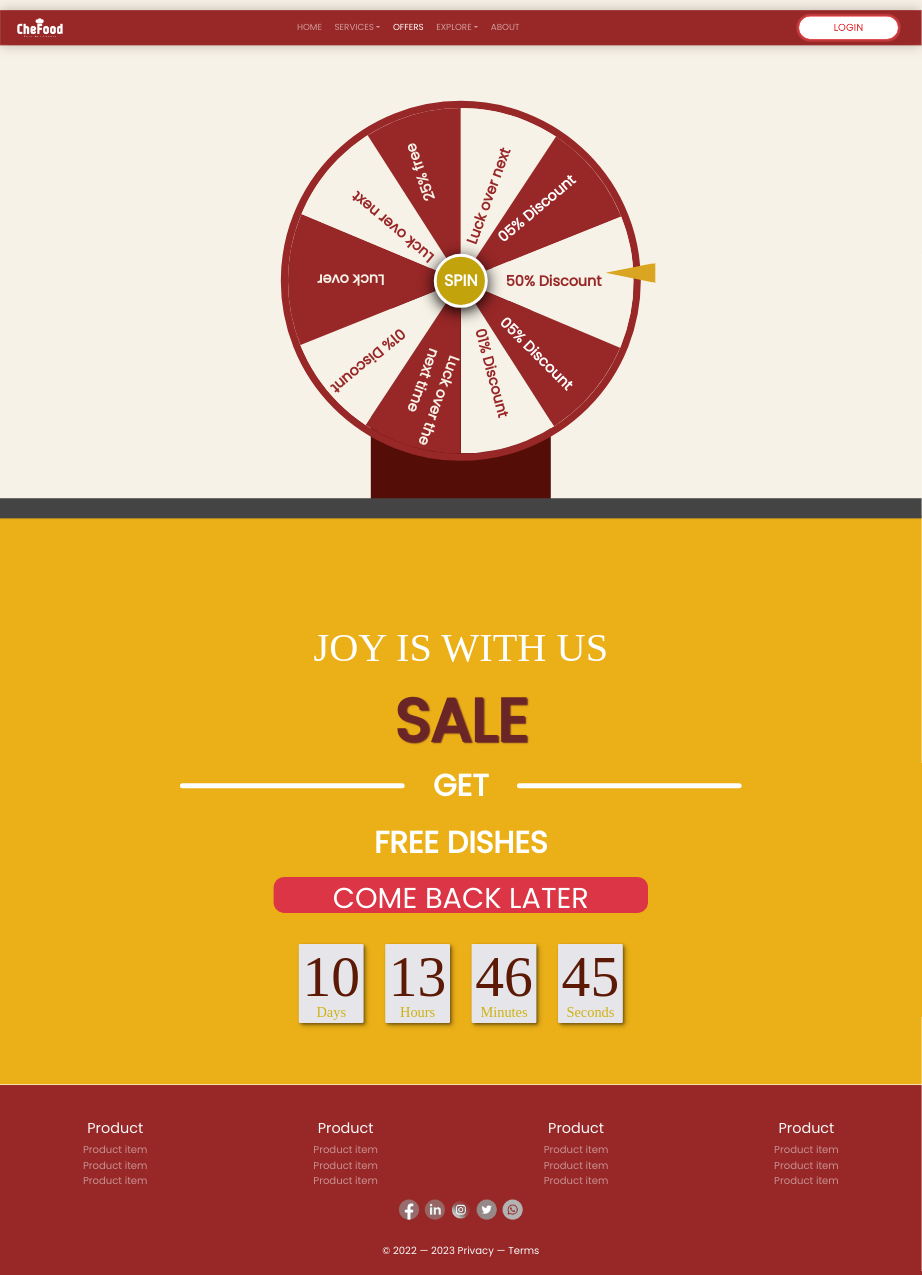
Repository: qamchamine/chefood
Page: /offers (app in front-end/)
These files come from the project's save history. The page is drawn as it stood at one moment and after the next save; the edit follows.
The browser window is 1280 px wide. The pictures show the whole page, at 72% of full size.
The project was rebuilt for these pictures with package versions that can differ from the ones it lists, and the page was loaded fresh each time. Some packages were replaced by stand-ins written for this rebuild. Also part of the build but not shown: front-end/src/components/small_components/ButtonMain.jsx, front-end/src/components/small_components/HomeCard.jsx, front-end/src/components/small_components/HomeCardFullSection.jsx, front-end/src/components/pages/Home.jsx, front-end/src/css/explore.css, front-end/src/components/pages/sub-pages/Gallery.jsx, front-end/src/components/pages/sub-pages/Delivery.jsx, front-end/src/components/small_components/ComponentToPrint.jsx and 28 more. Imported but missing from the stored project, and not drawn on this page: front-end/src/sounds/applause.mp3, front-end/src/sounds/wheel.mp3.

Above is the page before, as saved 2023-06-18 19:58:10.

### front-end/public/index.html
<!DOCTYPE html>
<html lang="en">
  <head>
    <meta charset="utf-8" />
    <link rel="icon" href="%PUBLIC_URL%/favicon.ico" />
    <meta name="viewport" content="width=device-width, initial-scale=1" />
    <meta name="theme-color" content="#000000" />
    <meta
      name="description"
      content="Web site created using create-react-app"
    />
    <link
    rel="stylesheet"
    href="https://fonts.googleapis.com/css?family=Roboto:400,700"
  />
    <link rel="apple-touch-icon" href="%PUBLIC_URL%/logo192.png" />
    <link rel="manifest" href="%PUBLIC_URL%/manifest.json" />

    <link rel="stylesheet" href="https://fonts.googleapis.com/icon?family=Material+Icons">

    <link rel="stylesheet" href="https://maxcdn.bootstrapcdn.com/font-awesome/4.7.0/css/font-awesome.min.css">
    <script src="https://code.jquery.com/jquery-3.5.1.min.js"></script>
    <script src="https://cdn.jsdelivr.net/npm/popper.js@1.16.0/dist/umd/popper.min.js"></script>




    <title>React App</title>
  </head>
  <body>

    <div id="root"></div>
<!--     <script src="jquery/jquery-3.6.0.js"></script>  -->
    <script src="https://unpkg.com/sweetalert/dist/sweetalert.min.js"></script>

  </body>
</html>

### front-end/src/components/pages/Offers.jsx
import React from 'react'
import WheelSpin from '../small_components/WheelSpin'
import OffersButtom from '../small_components/OffersButtom'
export default function Offers() {
  return (
    <div>


      <WheelSpin/>
      <OffersButtom/>
    </div>
  )
}

### front-end/src/css/home.css
.homeBG {
    height: fit-content;
    position: relative;
    right: -10%;
    top: 34%;
    z-index: -1;
    width: 100em !important;


}
@font-face {
    font-family: 'poppin';
    src: url('../fonts/Poppins/Poppins-Regular.ttf') ;
    font-weight: normal;
    font-style: normal;
  }
body {
    font-family:'poppin', sans-serif !important;
    background-color: #F7F2E7 !important;
    max-width: 100vw;
    font-weight: normal !important;
    overflow-x: hidden;
    font-size: 14px !important;
}

body::-webkit-scrollbar {
    width: 0;
}

.nb {
/*     position: fixed; */
/*     top: 1em; */
    background-color: #982727 !important;
    box-shadow: 0 0px 20px #1f020241;
    border: 1px solid #ffffff22;
}

.navbar {
    background-color: #982727 !important;
}

.changeColor {
    background-color: blue !important;
}

.signUP {
    background: white !important;
    color: #982727 !important;
    font-weight: bold !important;
    outline: 5px solid #982727ab;
    outline-offset: -2px;
    transition: 500ms ease;


}

.homeContent {
    height: 90vh;
    z-index: 0;
    margin-top: -1.5em !important;
}

.homeContent h1 {
    color: #F7F2E7;
    text-align: start;
width: 40vw !important;
}

.homeContent h1 span {
    position: relative;
    display: inline-block;
    margin-bottom: 10px;
    padding: 4px 20px 8px;
    transition: 1s ease;
}

.homeContent h1 span::before {
    content: '';
    position: absolute;
    background: #982727;
    left: 0;
    top: 0;
    z-index: -1;
    width: 100%;
    height: 100%;
    transform: skew(-10deg);
}

.homeContent h1 span:last-child::before {
    transform: skew(10deg);
}

.homeContent p {
    width: 72%;
    color: #982727;
    text-align: left;
}

.homeContent .homeMainButtons {
    width: 72%;
}

.cardBtn {
    transition: 1s ease;
}

.cardBtn:hover {
    filter: brightness(130%);

}

.cardBtn i {
    left: 63%;
    transition: 300ms ease;
}

.cardBtn:hover i {
    left: 75%;
}

.btnMain:hover {
    filter: brightness(130%);
}

.card-img-top {
    object-fit: cover;
}

.signUP:hover {

    background: #982727 !important;
    color: white !important;
    font-weight: bold !important;
    outline: 5px solid #ffffff55;
    outline-offset: -4px;
}

.cardsGroup:not(:first-child) {
    translate: 50% 0;
}

.arrow-1-1 {
    position: absolute;
    top: 50%;
    left: 0;
}

.home .carousel-control-prev-icon,
.home .carousel-control-next-icon {

    width: 1.3em;
    height: 1.3em;
    color:black !important;

    outline: 12px solid #982929;
    outline-offset: -1px;
    background-color: #982929;
    background-size: 100%, 100%;
    border-radius: 50%;
    box-shadow: 0 0 10px black;
}

.home .carousel-control-prev,
.home .carousel-control-next {
    z-index: 10;
    width: 4em !important;
/*     background: red; */

}

/* .py-4 {
    padding-top: 0rem !important;
    padding-bottom: 0rem !important;
} */

.nb{
    zoom:87%;
}

### front-end/src/css/delivery.css
.price {
    background: #982727;
    color: white;
    text-align: center;
    padding-block: 1em;
    border-radius: .5em;
}

.delivery-page .card {
    transition: 300ms ease;
    user-select: none;
}

.delivery-page .card ul {
    list-style-type: none;
}

.delivery-page .card:hover {
    filter: contrast(120%);
    cursor: pointer;
    outline: .3em solid #982727;
    box-shadow: 0 .4em 0px .3em #982727 !important;
}

.delivery-page {
    height: fit-content;
    display: flex;
    align-items: center;
    margin-top: 8em !important;
}
.scroll-bar-activated::-webkit-scrollbar {
    display: block !important;
    background: rgba(255, 0, 0, 0) !important;
    width: 1em !important;
}
.scroll-bar-activated{
    overflow: overlay !important;

}
.scroll-bar-activated::-webkit-scrollbar-thumb {
    display: block !important;
    background: linear-gradient(to bottom,transparent 0% 23%,#982727 20% 70%,transparent 50% 100%) !important;
    z-index: 10000000 !important;
    width: 10px !important;
}

.delivery-page>div {
    height: fit-content;
    position: relative;

}

.delivery-page>div:last-child h5 img {
    height: 11em;
}

h1.section-2{
    margin-top: 4em ;
}
.cards2{
    margin-bottom: 5em ;
}
h1{
    text-transform: uppercase;
    color: #6a2626;;
}

### front-end/src/components/small_components/WheelSpin.jsx
import React, { useEffect,useContext } from 'react'
import '../../css/spinWheel.css'
import applause from '../../sounds/applause.mp3'
import wheel from '../../sounds/wheel.mp3'
import {Link} from 'react-router-dom'
import swal from 'sweetalert2'
import { LoginContext } from '../../config/LoginContext'
export default function WheelSpin() {
  const { isLoggedIn } = useContext(LoginContext);

useEffect(() => {


    function shuffle(array) {
        var currentIndex = array.length,
          randomIndex;

        // While there remain elements to shuffle...
        while (0 !== currentIndex) {
          // Pick a remaining element...
          randomIndex = Math.floor(Math.random() * currentIndex);
          currentIndex--;

          // And swap it with the current element.
          [array[currentIndex], array[randomIndex]] = [
            array[randomIndex],
            array[currentIndex],
          ];
        }

        return array;
      }

      document.querySelector('.spin').addEventListener('click',spin)
      function spin() {
        // Play the sound
        document.querySelector('#wheel').play();
        // Inisialisasi variabel
        const box = document.getElementById("box");
        const element = document.getElementById("mainbox");
        let SelectedItem = "";

        let MagicRoaster = shuffle([1890, 2250, 2610]);
        let Sepeda = shuffle([1850, 2210, 2570]); //Kemungkinan : 100%
        let RiceCooker = shuffle([1810, 2170, 2530]);
        let LunchBox = shuffle([1770, 2130, 2490]);
        let Sanken = shuffle([1750, 2110, 2470]);
        let Electrolux = shuffle([1630, 1990, 2350]);
        let JblSpeaker = shuffle([1570, 1930, 2290]);

        // Bentuk acak
        let Hasil = shuffle([
          MagicRoaster[0],
          Sepeda[0],
          RiceCooker[0],
          LunchBox[0],
          Sanken[0],
          Electrolux[0],
          JblSpeaker[0],
        ]);
        // console.log(Hasil[0]);

        // Ambil value item yang terpilih
        if (MagicRoaster.includes(Hasil[0])) SelectedItem = "50% Discount";
        if (Sepeda.includes(Hasil[0])) SelectedItem = " 05% Discount";
        if (RiceCooker.includes(Hasil[0])) SelectedItem = "01% Discount";
        if (LunchBox.includes(Hasil[0])) SelectedItem = "Luck over the next time";
        if (Sanken.includes(Hasil[0])) SelectedItem = "01% Discount";
        if (Electrolux.includes(Hasil[0])) SelectedItem = "25% Discount";
        if (JblSpeaker.includes(Hasil[0])) SelectedItem = "05% Discount";

        // Proses
        box.style.setProperty("transition", "all ease 5s");
        box.style.transform = "rotate(" + Hasil[0] + "deg)";
        element.classList.remove("animate");
        setTimeout(function () {
          element.classList.add("animate");
        }, 5000);

        // Munculkan Alert
        setTimeout(function () {
            document.querySelector('#applause').play();
/*           swal(
            "Congratulations",
            "You Won The " + SelectedItem + ".",
            "success"
          ); */


         new swal({
            title: "Congratulations",
            text: "You Won The " + SelectedItem + ".",
            icon: "success",
            buttons: {
              confirm: {
                text: "CLAIM REWARD",
                value: true,
                className: "claim-btn"
              },
            },
          })
          .then((value) => {
            // The user clicked the "OK" button
/*             console.log("User clicked OK");
 */          });


        }, 6000);

        // Delay and set to normal state
        setTimeout(function () {
          box.style.setProperty("transition", "initial");
          box.style.transform = "rotate(90deg)";
        }, 9000);
      }


}, []);




  return (
    <div className="spinner-wheel ">
    <div className="mainbox" id="mainbox">
      <div className="box" id="box">
        <div className="box1">
          <span className="font span1"><b >  Luck over next </b></span>
          <span className="font span2"><b>05% Discount</b></span>
          <span className="font span3"><b>50% Discount</b></span>
          <span className="font span4"><b> 05%  Discount</b></span>
          <span className="font span5"><b> 01% Discount <br />
              </b></span>
        </div>
        <div className="box2">
          <span className="font span1"><b>Luck over the next time</b></span>
          <span className="font span2"><b>01% Discount </b></span>
          <span className="font span3"><b>Luck over </b></span>
          <span className="font span4"><b>Luck over next</b></span>
          <span className="font span5"><b>25% free</b></span>
        </div>
      </div>

      <div className="text-center">

	<button  className={`spin ${isLoggedIn?'':'d-none'} ` } >SPIN</button>
  {isLoggedIn?'':<button  className="trigger-btn spin" data-bs-toggle="modal" data-bs-target="#myModal">SPIN</button>}

</div>

<div id="myModal" className="modal ">
	<div className="modal-dialog position-relative modal-confirm">
		<div className="modal-content ">
			<div className="modal-header flex-column">
                <button type="button" className="btn-close " style={{translate:'80% -80%'}} data-bs-dismiss="modal" ></button>
				<div className="icon-box">
					<i className="material-icons">warning</i>
				</div>
				<h4 className="modal-title w-100 ">You need to login first !</h4>
			</div>
			<div className="modal-body">
				<p>Do you really want to delete these records? This process cannot be undone.</p>
			</div>
			<div className="modal-footer justify-content-center gap-4">

        <Link to='/register' className="btn w-25 btn-secondary"
        >Register</Link>

        <Link to='/login' className="btn w-25 px-4 ">Login</Link>
			</div>
		</div>
	</div>
</div>













    </div>
    <audio controls="controls" id="applause" src={applause} type="audio/mp3"></audio>
    <audio controls="controls" id="wheel" src={wheel} type="audio/mp3"></audio>
    <div className='spinBase'></div>
<div className=' w-100 position-absolute top-100' style={{height:'2em',background:'#444',translate:'0 -100%'}}>

</div>

  </div>
  )
}

### front-end/src/components/small_components/OffersButtom.jsx
import React from 'react'
import '../pages/style/offoreB.css'
// import  CountDown  from './CountDown'
import Timer from './Timer'


export default function OffersButtom() {
  return (
    <div className='parent-element bgBorder'>
      <div className='borderTB'></div>
        <div className=' contM '>
            <h1 className='title'>Joy is with us</h1>
                <h1 className='titleblack color-dark'>SALE</h1>
                  <p className='getparagraph'>GET</p>
                  <p>FREE DISHES</p>

                  <span className='bg-danger h1 Vbotton  '>COME BACK LATER</span>
                  {/* <CountDown duration={2 * 24 * 60 * 60 * 1000}/> */}
                  <Timer/>


        </div>
      <div className='borderTB'></div>
    </div>
  )
}

### front-end/src/components/small_components/Timer.jsx
import React, { useEffect, useState } from 'react';
import '../../css/Timer.css'

function Timer() {
  const [days, setDays] = useState('00');
  const [hours, setHours] = useState('00');
  const [minutes, setMinutes] = useState('00');
  const [seconds, setSeconds] = useState('00');

  useEffect(() => {
    function makeTimer() {
      const endTime = new Date("29 jun 2023 9:56:00 GMT+01:00");
      const endTimeInSeconds = Date.parse(endTime) / 1000;

      const now = new Date();
      const nowInSeconds = Date.parse(now) / 1000;

      const timeLeft = endTimeInSeconds - nowInSeconds;

      const calculatedDays = Math.floor(timeLeft / 86400);
      const calculatedHours = Math.floor((timeLeft - calculatedDays * 86400) / 3600);
      const calculatedMinutes = Math.floor((timeLeft - calculatedDays * 86400 - calculatedHours * 3600) / 60);
      const calculatedSeconds = Math.floor(timeLeft - calculatedDays * 86400 - calculatedHours * 3600 - calculatedMinutes * 60);

      const formattedHours = calculatedHours < 10 ? `0${calculatedHours}` : calculatedHours.toString();
      const formattedMinutes = calculatedMinutes < 10 ? `0${calculatedMinutes}` : calculatedMinutes.toString();
      const formattedSeconds = calculatedSeconds < 10 ? `0${calculatedSeconds}` : calculatedSeconds.toString();

      setDays(calculatedDays.toString());
      setHours(formattedHours);
      setMinutes(formattedMinutes);
      setSeconds(formattedSeconds);
    }

    const timerInterval = setInterval(makeTimer, 100);

    return () => {
      clearInterval(timerInterval);
    };
  }, []);

  return (
    <div className='timer'>
      <div id="days" className='timerD' >{days}<span className='Stime'>Days</span></div>
      <div id="hours"  className='timerD'>{hours}<span className='Stime'>Hours</span></div>
      <div id="minutes" className='timerD' >{minutes}<span className='Stime'>Minutes</span></div>
      <div id="seconds" className='timerD' >{seconds}<span className='Stime'>Seconds</span></div>
    </div>
  );
}

export default Timer;

### front-end/src/css/location.css
@import url('https://fonts.googleapis.com/css2?family=Roboto:wght@100&display=swap');

.location-color
{
  color : #982727;
  text-transform: uppercase;
  letter-spacing: 0.3em;
}
.where-restorant
{
    width: 459px;
    margin:auto;
}
.restorant-location-title{
    font-family: 'Century Gothic';
    font-size:32px;
    font-weight:400;
}
.restorant-location-line{
    background:#B12222;
    height: 3px;
    width: 450px;
    display: inline-block;
    margin: 15px auto;
}
.restorant-location-p
{
    color:#000000 75%;
    font-size: 15px;
    font-weight: 400;
    font-family: 'Roboto', sans-serif;
}
.main-location{
    display: grid !important;
    grid-template-columns: repeat(2, 1fr);
    flex-direction: column;
    justify-content: center;
    align-items: center;
    text-align:center;
}
.restorant-location-btn{
    background-color: #B12222;
    border: none;
    width: 300px;
    height: 40px;
    border-radius: 15px;
    color: #fff;
}
.restorant-location-btn:hover{
    background-color: #fff;
    border: 2px solid #B12222;
    border-radius: 15px;
    color: #B12222;
}
.location-icon{
    margin-right: 15px;
}


  @media (max-width: 1123px) { /* Extra large devices (large desktops, 1200px and up) */
    .earth-image img{
        width: 450px;
    }
  }
  @media (max-width: 992px) { /* Medium devices (tablets, 768px and up) */
    .earth-image img{
        width: 400px;
    }
    .where-restorant {
        width: 400px;
        margin: auto;
    }
    .restorant-location-line{
        width: 350px;
        display: inline-block;
    }
  }
  @media (max-width: 868px) { /* Medium devices (tablets, 768px and up) */

    .earth-image img{
        width: 380px;
    }
    .where-restorant {
        width: 380px;
        margin: auto;
    }
    .restorant-location-line{
        width: 320px;
        display: inline-block;
    }
    .restorant-location-p{
        font-size: 13px;
    }
    .restorant-location-title{
        font-size:28px;
    }

  }
  @media (max-width: 783px) { /* Small devices (landscape phones, 576px and up) */
    .earth-image img{
        margin-top: 30px;
        width: 380px;
    }
    .where-restorant {
        width: 380px;
        margin: auto;
    }
    .restorant-location-line{
        width: 320px;
        display: inline-block;
    }
    .restorant-location-p{
        font-size: 15px;
    }
    .restorant-location-title{
        font-size:32px;
    }
    .main-location{
        display: grid !important;
        grid-template-columns: repeat(1, 1fr);
        justify-items: center;
        text-align:center;
    }
  }
  @media(max-width: 401px){ /* Small devices (landscape phones, 576px and up) */
    .earth-image img{
        width: 330px;
        margin-top: 30px;
    }
    .where-restorant {
        width: 330px;
        margin: auto;
    }
    .restorant-location-line{
        width: 320px;
        display: inline-block;
    }
    .restorant-location-p{
        font-size: 13px;
    }
    .restorant-location-title{
        font-size:28px;
    }
    .main-location{
        display: grid !important;
        grid-template-columns: repeat(1, 1fr);
        justify-items: center;
        text-align:center;
    }
  }

### front-end/src/css/Timer.css

@import url(https://fonts.googleapis.com/css?family=Titillium+Web:400,200,200italic,300,300italic,900,700italic,700,600italic,600,400italic);

/* .timer {
  font-family: 'Titillium Web', cursive;
  width: 800px;
  margin: 0 auto;
  text-align: center;
  color: white;
  background: #222;
  font-weight: 100;
} */

.timer {
  display: inline-flex;
  line-height: 1;
  padding: 20px;
  font-size: 40px;
  font-family: 'Times New Roman', cursive;


}
.timerD{
    border-radius: 2px;
    padding: 5px;
    font-size: 10px;
    border: 70px rgb(131, 55, 55);
    box-shadow:2px 2px 4px rgba(0, 0, 0, 0.4), 4px 4px 8px rgba(0, 0, 0, 0.2);
}

.Stime {
  display: block;
  font-size: 20px;
  color: rgb(206, 178, 19);

}

#days {
  font-size: 80px;
  color: rgb(92, 25, 5);
  background-color:rgb(230, 230, 234);

  margin: 15px;
}
#hours {
  font-size: 80px;
  color: rgb(92, 25, 5);
  background-color:rgb(230, 230, 234);
  margin: 15px;
}
#minutes {
  font-size: 80px;

  color: rgb(92, 25, 5);
  background-color:rgb(230, 230, 234);
  margin: 15px;
}
#seconds {
  font-size: 80px;
  color: rgb(92, 25, 5);
  background-color:rgb(230, 230, 234);
  margin: 15px;
}

Loaded but not shown: front-end/src/index.css (common file); front-end/src/App.js (39 lines, source omitted); front-end/src/config/LoginContext.js (68 lines, source omitted); front-end/src/index.js (20 lines, source omitted); front-end/src/css/reservation.css (400 lines, source omitted); front-end/src/css/spinWheel.css (284 lines, source omitted); front-end/src/components/Navbar.jsx (162 lines, source omitted); front-end/src/css/nav-footer.css (260 lines, source omitted); front-end/src/css/contactus.css (178 lines, source omitted); front-end/src/components/pages/style/offoreB.css (191 lines, source omitted); front-end/src/components/Footer.jsx (57 lines, source omitted)

After the next save:
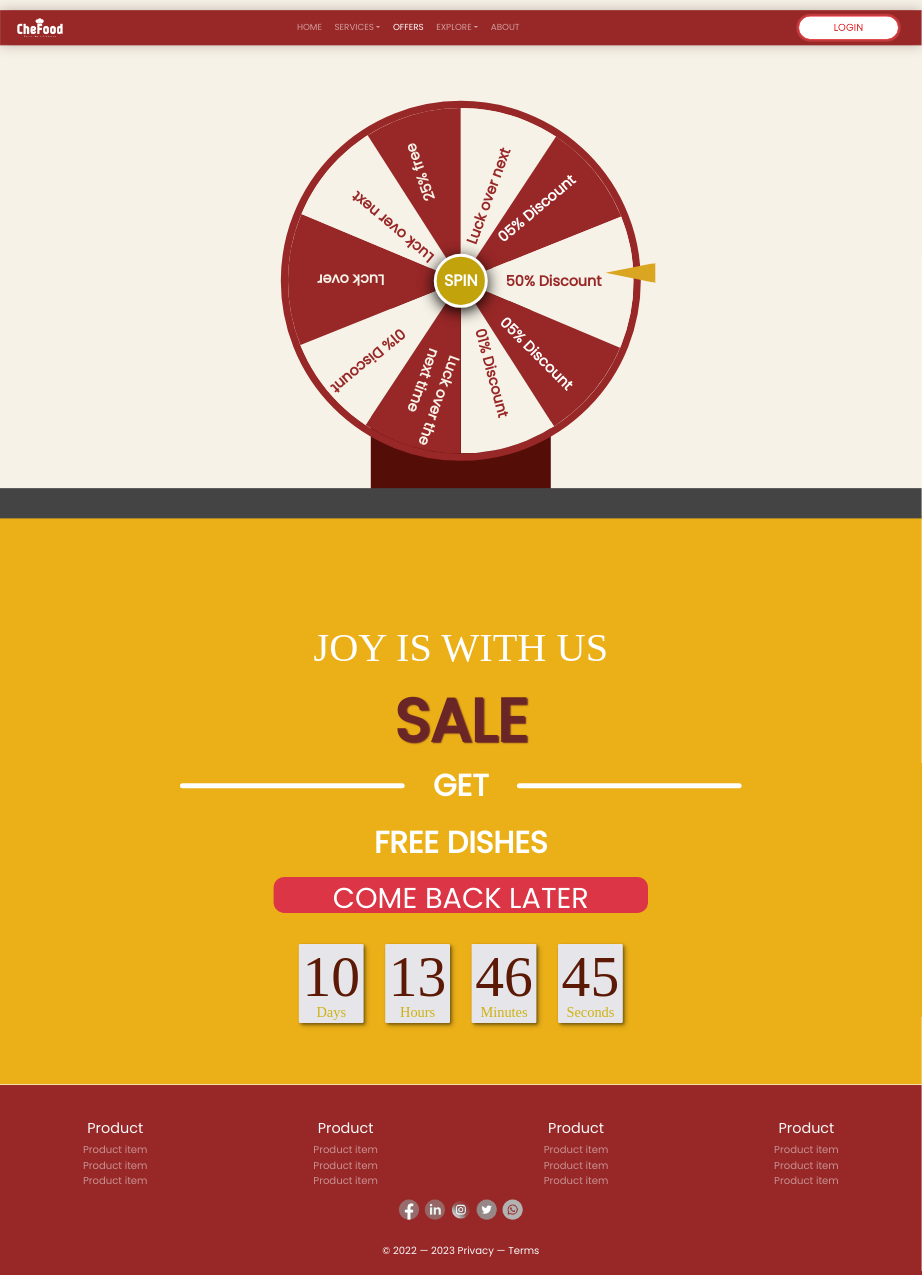
Saved 12 s later.
--- a/front-end/src/components/small_components/WheelSpin.jsx
+++ b/front-end/src/components/small_components/WheelSpin.jsx
@@ -188,7 +188,7 @@ useEffect(() => {
     <audio controls="controls" id="applause" src={applause} type="audio/mp3"></audio>
     <audio controls="controls" id="wheel" src={wheel} type="audio/mp3"></audio>
     <div className='spinBase'></div>
-<div className=' w-100 position-absolute top-100' style={{height:'2em',background:'#444',translate:'0 -100%'}}>
+<div className=' w-100 position-absolute top-100' style={{height:'3em',background:'#444',translate:'0 -100%'}}>
 
 </div>
 
